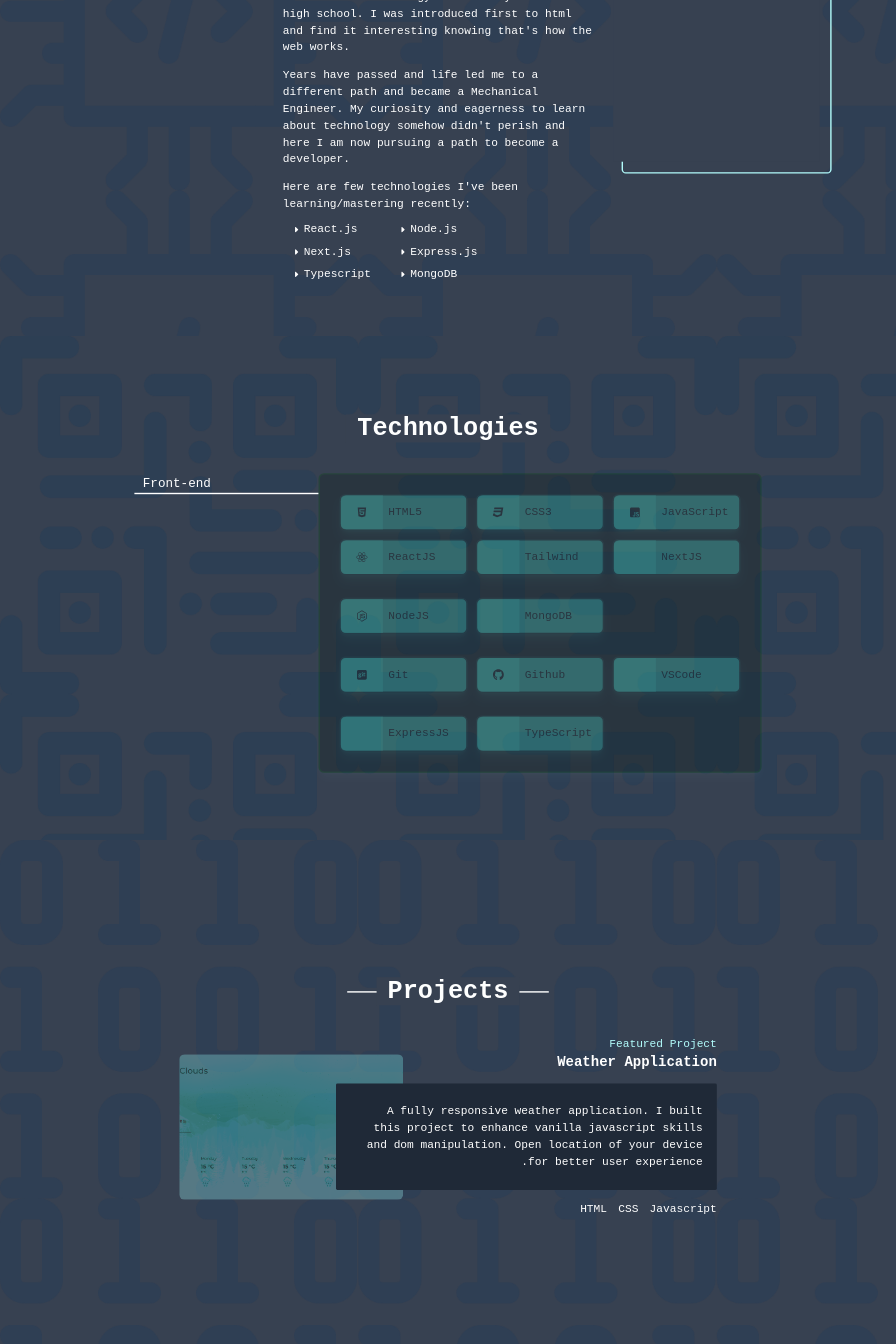
Repository: riandev25/nextjs-portfolio
Page: /
An editor plug-in stored every save of this project. The page is shown before and after the next save, followed by the edit.
The browser window is 1280 px wide. The pictures show the part of the page from y = 960 to 2880 px (the page is 2880 px tall), at 70% of full size.
Backgrounds fixed to the window are drawn as part of the page. The project was rebuilt for these pictures with package versions that can differ from the ones it lists, and the page was loaded fresh each time. The framework's server and built-in components were replaced by stand-ins that run in the browser. Also part of the build but not shown: next.config.js, components/Home/Keyboard/index.module.css, components/Home/Keyboard/index.jsx, components/About/Contacts.jsx.

Above is the page before, as saved 2022-11-13 12:44:31.

### pages/_app.jsx
import Head from 'next/head';
import link from 'next/link';
import '../styles/globals.css';

import Layout from '../components/Layout';
import { ParallaxProvider } from 'react-scroll-parallax';

function MyApp({ Component, pageProps }) {
  return (
    <ParallaxProvider>
      <Head>
        <title>Rian Miguel Engracia</title>
        <meta name='viewport' content='initial-scale=1.0, width=device-width' />
        <link
          rel='apple-touch-icon'
          sizes='180x180'
          href='/apple-touch-icon.png'
        />
        <link
          rel='icon'
          type='image/png'
          sizes='32x32'
          href='/favicon-32x32.png'
        />
        <link
          rel='icon'
          type='image/png'
          sizes='16x16'
          href='/favicon-16x16.png'
        />
        <link rel='manifest' href='/site.webmanifest' />
        <link rel='mask-icon' href='/safari-pinned-tab.svg' color='#5bbad5' />
        <meta name='msapplication-TileColor' content='#2d89ef' />
        <meta name='theme-color' content='#ffffff' />
      </Head>
      <Layout>
        <Component {...pageProps} />
      </Layout>
    </ParallaxProvider>
  );
}

export default MyApp;

### pages/index.jsx
import Head from 'next/head';
import Image from 'next/image';
import Home from '../components/Home/Home';
import { Fragment } from 'react';
import Header from '../components/Header';
import About from '../components/About';
import Technologies from '../components/Technologies';
import Projects from '../components/Projects';

export default function Page() {
  return (
    <Fragment>
      <Header />
      <Home />
      <About />
      <Technologies />
      <Projects title='Projects' />
    </Fragment>
  );
}

### styles/globals.css
@tailwind base;
@tailwind components;
@tailwind utilities;

html,
body {
  padding: 0;
  margin: 0;
  /* font-family: 'Roboto', sans-serif; */
  font-family: monospace, sans-serif;
}

a {
  color: inherit;
  text-decoration: none;
}

* {
  box-sizing: border-box;
}

.image-filter {
  /* filter: invert(93%) sepia(19%) saturate(586%) hue-rotate(121deg)
    brightness(102%) contrast(97%); */
  filter: invert(93%) sepia(69%) saturate(347%) hue-rotate(120deg)
    brightness(104%) contrast(97%);
  opacity: 0.3;
  transition: filter 0.3s, opacity 0.3s;
}

.image-filter:hover {
  filter: none;
  opacity: 1;
}

@media (prefers-color-scheme: dark) {
  html {
    color-scheme: dark;
  }
  body {
    color: white;
    background: black;
  }
}

### components/Layout/index.jsx
import Header from '../Header';
import Email from '../Header/Email';

const Layout = ({ children }) => {
  return (
    <div className='relative w-full h-full bg-gray-700' dir='ltr'>
      <Header />
      <Email />
      {children}
    </div>
  );
};

export default Layout;

### components/Home/Home.jsx
import Link from 'next/link';
import Image from 'next/future/image';
import { useParallax } from 'react-scroll-parallax';
import styles from './index.module.css';
import DevImage from '../../assets/images/dev-image.svg';
import GithubImage from '../../assets/images/github-neon-fill.png';
import LinkedinImage from '../../assets/images/linkedin-neon-fill.png';
import FacebookImage from '../../assets/images/facebook-neon-fill.png';
import Keyboard from './Keyboard';
import { useState } from 'react';

export const CONTACTS = [
  {
    id: 'github',
    imgSrc: GithubImage,
    link: 'https://github.com/riandev25',
  },
  {
    id: 'linkedin',
    imgSrc: LinkedinImage,
    link: 'https://www.linkedin.com/in/rian-miguel-engracia/',
  },
  {
    id: 'facebook',
    imgSrc: FacebookImage,
    link: 'https://web.facebook.com/rianmiguel.engracia',
  },
  {
    id: 'email',
    email: 'rianengracia@gmail.com',
  },
];

const nameArray = ['I', '&apos;', 'm', ' ', 'R', 'i', 'a', 'n'];
const jobArray = [
  'f',
  'u',
  'l',
  'l',
  ' ',
  's',
  't',
  'a',
  'c',
  'k',
  ' ',
  'd',
  'e',
  'v',
  'e',
  'l',
  'o',
  'p',
  'e',
  'r',
];

const Home = () => {
  const { ref } = useParallax({
    translateY: [-100, 30, 'easeInOut'],
  });
  const [keyboard, setKeyboard] = useState(true);
  return (
    <header className='flex justify-center items-center w-full h-screen px-20 bg-fixed bg-repeat bg-bg_gear_image'>
      <section ref={ref} className='w-4/12 space-y-4'>
        <div className='flex flex-col gap-2.5 place-items-start'>
          <h1 className={`text-xl font-thin text-white ${styles.typingLet}`}>
            Hi there!
          </h1>
          <h1 className='text-6xl font-bold animate-neon_text'>
            I&apos;m Rian Miguel
          </h1>
          <h1 className='text-xl text-white font-bold'>
            <span className='text-xl font-thin'>a</span> Full Stack Developer
          </h1>
        </div>
        <ul className='flex flex-row gap-4'>
          {CONTACTS.map((item) => {
            if (item.id === 'email') return;
            return (
              <li
                className='block p-3 bg-gray-800 border rounded-lg border-[#b2fcfb] transition-all hover:scale-110'
                key={item.id}
              >
                <Link href={item.link} legacyBehavior>
                  <a className=''>
                    <Image
                      className=''
                      src={item.imgSrc}
                      alt={item.id}
                      width={20}
                      height={20}
                      sizes='5vw'
                    />
                  </a>
                </Link>
              </li>
            );
          })}
        </ul>
      </section>
      <section className='hidden lg:flex max-w-2xl h-full justify-center items-center'>
        <Image
          src={DevImage}
          alt='dev-image'
          width={500}
          height={500}
          sizes='(max-width: 768px) 50vw'
        />
        {/* <Keyboard /> */}
      </section>
    </header>
  );
};

export default Home;

### components/Header/index.jsx
import Logo from '../Logo';
import Navbar from './Navbar';
import { FontAwesomeIcon } from '@fortawesome/react-fontawesome';
import { faBars } from '@fortawesome/free-solid-svg-icons';

const Header = () => {
  return (
    <nav className='px-8 py-1 bg-gray-700 dark:bg-gray-900 fixed w-full z-50 top-0 left-0 border-b shadow-sm border-gray-700 md:px-12 md:py-3 dark:border-gray-600'>
      <div className='flex flex-row justify-between items-center w-full'>
        <section className=''>
          <Logo />
        </section>

        <div className='flex md:order-2'>
          <button
            type='button'
            className='hidden lg:flex bg-transparent text-[#b2fcfb] border border-[#b2fcfb] hover:bg-[#b2fcfb] hover:opacity-40 transition-all font-medium rounded-lg text-sm px-5 py-2.5 text-center mr-3 md:mr-0 dark:bg-blue-600 dark:hover:bg-blue-700 dark:focus:ring-blue-800'
          >
            Get started
          </button>
          <button
            data-collapse-toggle='navbar-sticky'
            type='button'
            className='cursor-pointer inline-flex items-center p-2 text-sm bg-white rounded-lg md:hidden hover:bg-gray-400 focus:outline-none focus:ring-2 focus:ring-gray-200 dark:text-gray-400 dark:hover:bg-gray-700 dark:focus:ring-gray-600'
            aria-controls='navbar-sticky'
            aria-expanded='false'
          >
            <span className='sr-only'>Open main menu</span>
            <FontAwesomeIcon icon={faBars} className='text-gray-800' />
          </button>
        </div>
        <Navbar />
      </div>
    </nav>
  );
};

export default Header;

### components/About/index.jsx
import Image from 'next/future/image';
import Contacts from './Contacts';
import PageHeader from '../PageHeader';
import { FontAwesomeIcon } from '@fortawesome/react-fontawesome';
import { faCaretRight } from '@fortawesome/free-solid-svg-icons';
import ProgrammerImage from '../../assets/images/programmer.jpg';
import { useParallax } from 'react-scroll-parallax';

const technologies = [
  'React.js',
  'Node.js',
  'Next.js',
  'Express.js',
  'Typescript',
  'MongoDB',
];

const About = () => {
  return (
    <div className='relative pt-4 w-full h-screen flex flex-col gap-11 justify-center items-center text-white px-20 bg-bg_chip_image bg-fixed'>
      {/* <Contacts /> */}
      <PageHeader title='About me' />
      <div className='max-w-3xl flex flex-row gap-6'>
        <section className='max-w-md flex flex-col gap-4'>
          <p>
            Hi! I am Rian Miguel Engracia, a Registered Mechanical Engineer in
            the Philippines. My interest in technology started way back in high
            school. I was introduced first to html and find it interesting
            knowing that&apos;s how the web works.
          </p>
          <p>
            Years have passed and life led me to a different path and became a
            Mechanical Engineer. My curiosity and eagerness to learn about
            technology somehow didn&apos;t perish and here I am now pursuing a
            path to become a{' '}
            <span className='text-[neon-green] no-underline decoration-[neon-green] underline-offset-4 decoration-2 hover:underline'>
              developer
            </span>
            .
          </p>
          <div className='flex flex-col gap-3'>
            <p>
              Here are few technologies I&apos;ve been learning/mastering
              recently:
            </p>
            <ul className='grid grid-cols-3 gap-2'>
              {technologies.map((item, i) => {
                return (
                  <li
                    key={item}
                    className={`${(i + 1) % 2 === 0 ? 'col-span-2' : ''}
                    } flex justify-start items-center gap-2 pl-4`}
                  >
                    <FontAwesomeIcon icon={faCaretRight} className='w-1.5' />
                    <span className=''>{item}</span>
                  </li>
                );
              })}
            </ul>
          </div>
        </section>
        <section className='relative'>
          <div className='absolute z-20 w-[295px] h-[295px] bg-gray-700'></div>
          <Image
            className='relative z-30 rounded-md image-filter bg-[#b2fcfb] border-2 peer'
            src={ProgrammerImage}
            alt='developer'
            width={300}
            height={300}
            priority='false'
            sizes='(max-width: 768px) 100vw, 50vw'
          />
          <div className='absolute top-0 left-0 w-[300px] h-[300px] bg-transparent border-2 border-[#b2fcfb] transition-duration-300 delay-300 ease-in-out translate-x-3 translate-y-3 z-10 rounded-md peer-hover:translate-x-2 peer-hover:translate-y-2 '></div>
        </section>
      </div>
    </div>
  );
};

export default About;

### components/Projects/index.jsx
import Link from 'next/link';
import Image from 'next/future/image';
import PageHeader from '../PageHeader';
import WeatherImage from '../../assets/images/weather-app.png';
import { FontAwesomeIcon } from '@fortawesome/react-fontawesome';
import { faGithubAlt } from '@fortawesome/free-brands-svg-icons';
import { faSquareArrowUpRight } from '@fortawesome/free-solid-svg-icons';
import Links from './Links';

const TECH_WEATHER = ['HTML', 'CSS', 'Javascript'];
const WEATHER = [
  {
    id: 1,
    icon: faGithubAlt,
    link: 'https://riandev25.github.io/js-weather-app/dist/',
  },
  {
    id: 2,
    icon: faSquareArrowUpRight,
    link: 'https://riandev25.github.io/js-weather-app/dist/',
  },
];

const Projects = () => {
  return (
    <div className='pt-4 flex flex-col w-full h-screen gap-11 justify-center items-center text-white px-20 bg-bg_binary_image bg-fixed'>
      <PageHeader title='Projects' />
      <div className='flex flex-row justify-center items-center max-w-3xl'>
        <section className='z-10 relative w-[35rem] aspect-[17/11] flex-auto flex image-filter'>
          <Image
            src={WeatherImage}
            alt='weather-app'
            fill
            className='object-cover absolute rounded-lg'
          />
        </section>
        <section
          className='z-20 w-[23rem] flex flex-col overflow-visible space-y-4 lg:w-[28rem]'
          dir='rtl'
        >
          <div className='flex flex-col justify-end items-end' dir='ltr'>
            <h2 className='text-neon text-right'>Featured Project</h2>
            <h1 className='text-xl font-bold text-right'>
              Weather Application
            </h1>
          </div>
          <div className='flex w-[34rem] bg-gray-800 p-7 pl-9 pr-5 rounded-sm'>
            <p className='text-right'>
              A fully responsive weather application. I built this project to
              enhance vanilla javascript skills and dom manipulation. Open
              location of your device for better user experience.
            </p>
          </div>
          <ul
            className='flex flex-row justify-end items-center gap-4'
            dir='ltr'
          >
            {TECH_WEATHER.map((item) => {
              return <li key={item}>{item}</li>;
            })}
          </ul>
          <Links array={WEATHER} />
        </section>
      </div>
    </div>
  );
};

export default Projects;

### components/Header/Email.jsx
import Link from 'next/link';

const Email = () => {
  return (
    <aside className='fixed bottom-36 right-12 origin-top-right rotate-90'>
      <div className='flex justify-center items-center relative'>
        <Link href='' legacyBehavior>
          <a className='z-50 transition-all text-[#b2fcfb] bg-gray-700 px-2 hover:text-[#68fffc] hover:scale-110'>
            rianengracia@gmail.com
          </a>
        </Link>
        <div className='w-96 bg-[#b2fcfb] absolute top-1/2 left-0 h-px'></div>
      </div>
    </aside>
  );
};

export default Email;

### components/Home/index.module.css
.typingLet {
  width: 134px;
  animation: typing 2s steps(12), blink 0.5s step-end infinite alternate;
  white-space: nowrap;
  overflow: hidden;
  border-right: 3px solid;
  font-family: monospace;
  font-size: 2em;
}

@keyframes typing {
  from {
    width: 0;
  }
}

@keyframes blink {
  50% {
    border-color: transparent;
  }
}

### components/Logo/index.jsx
import Image from 'next/future/image';
import LogoImage from '../../assets/images/logo.svg';
import LogoDark from '../../assets/images/logo-dark.svg';
import LogoLight from '../../assets/images/logo-light.svg';
import {
  faAngleLeft,
  faGear,
  faforward,
} from '@fortawesome/free-solid-svg-icons';
import { FontAwesomeIcon } from '@fortawesome/react-fontawesome';

const Logo = () => {
  return (
    <div className='flex items-center relative'>
      <Image
        src={LogoImage}
        alt='logo'
        width={185}
        height={55}
        className='hidden md:flex'
        sizes='(max-width: 768px) 15vw'
      />
      {/* <Image
        src={LogoLight}
        alt='logo-light'
        width={50}
        height={50}
        className='flex md:hidden'
        sizes='(max-width: 768px) 15vw'
      /> */}
    </div>
  );
};

export default Logo;

### components/Header/Navbar.jsx
import Link from 'next/link';

const Navbar = () => {
  const data = [
    {
      id: 'Home',
    },
    {
      id: 'About',
    },
    {
      id: 'Technologies',
    },
    {
      id: 'Projects',
    },
  ];
  return (
    <div
      className='hidden absolute top-0 right-0 justify-between items-center w-full md:flex md:relative md:w-auto md:order-1'
      id='navbar-sticky'
    >
      <ul className='flex flex-col justify-center items-center flex-auto rounded-lg md:justify-between md:flex-row md:space-x-12 md:p-2 md:mt-0 md:text-sm md:font-medium md:border-0 dark:bg-gray-800 md:dark:bg-gray-900 dark:border-gray-700'>
        {data.map((item) => {
          return (
            <li key={item.id} className='relative group'>
              <Link href={item.id}>
                <a
                  className='block py-2 px-1 text-base font-extralight text-white dark:text-white'
                  // aria-current='page'
                >
                  {item.id}
                </a>
              </Link>

              <span className='z-50 absolute bottom-1.5 w-0 h-[1px] bg-white transition-all md:group-hover:w-full'></span>
            </li>
          );
        })}
      </ul>
    </div>
  );
};

export default Navbar;

### components/PageHeader/index.jsx
const PageHeader = ({ title }) => {
  return (
    <div className='relative overflow-visible flex justify-center items-center'>
      <h1 className='relative z-10 w-full text-4xl font-bold flex flex-start bg-gray-700 px-4 animate-neon_text'>
        {title}
      </h1>
      <span className='absolute top-1/2 w-72 h-0.5 bg-white animated-neon_bg'></span>
    </div>
  );
};

export default PageHeader;

### components/Projects/Links.jsx
import Link from 'next/link';
import { FontAwesomeIcon } from '@fortawesome/react-fontawesome';

const Links = ({ array }) => {
  array.map((item) => {
    return (
      <ul key={item.id} className='flex flex-row'>
        <li>
          <Link href={item.link} passHref>
            <a>
              <FontAwesomeIcon icon={item.icon} className='text-white w-3' />
            </a>
          </Link>
        </li>
      </ul>
    );
  });
};

export default Links;

// 'https://riandev25.github.io/js-weather-app/dist/'

Loaded but not shown: tailwind.config.js (60 lines, source omitted); pages/_document.js (24 lines, source omitted); components/Technologies/index.jsx (206 lines, source omitted)

After the next save:
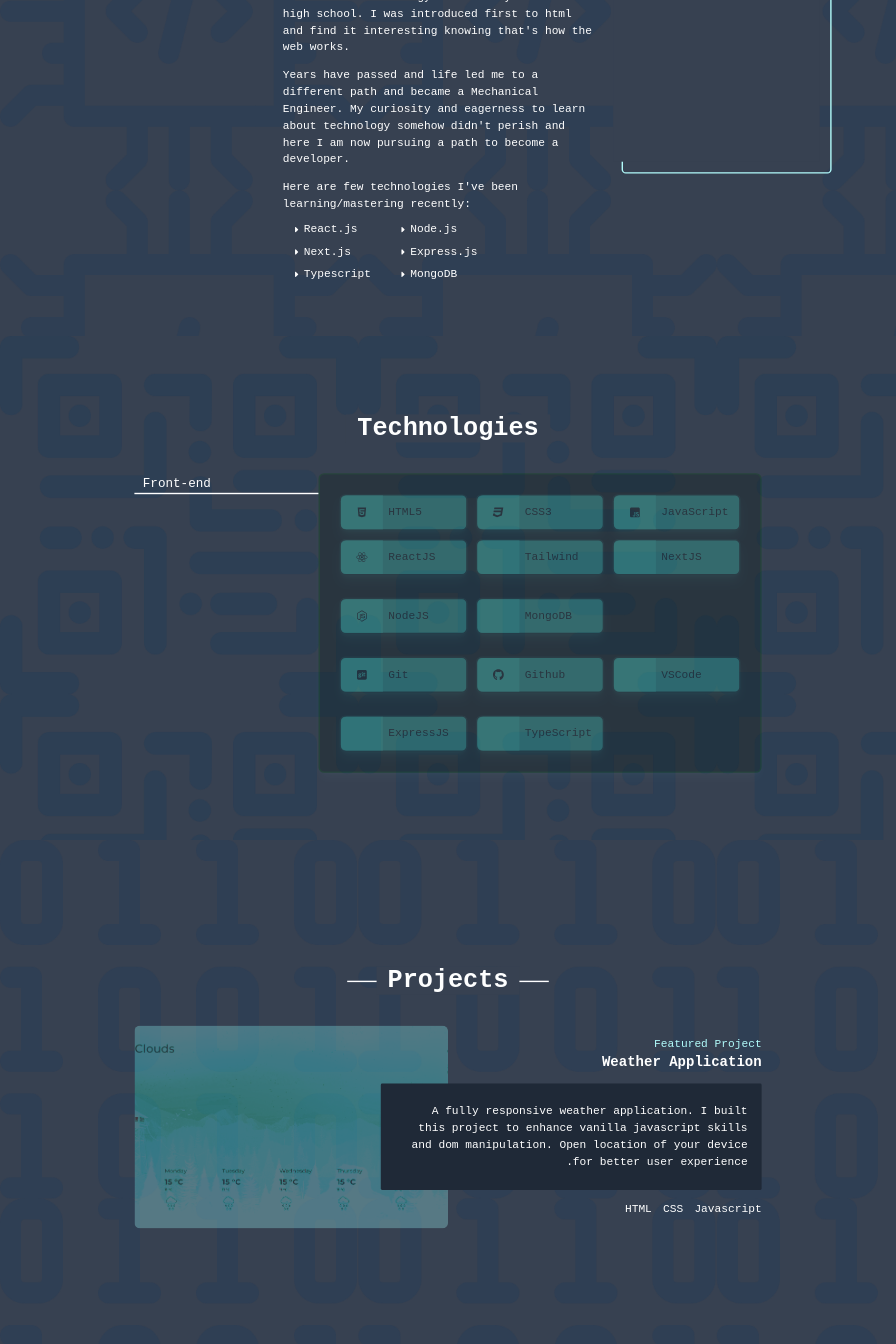
Saved 3 min 9 s later.
--- a/components/Projects/index.jsx
+++ b/components/Projects/index.jsx
@@ -25,7 +25,7 @@ const Projects = () => {
   return (
     <div className='pt-4 flex flex-col w-full h-screen gap-11 justify-center items-center text-white px-20 bg-bg_binary_image bg-fixed'>
       <PageHeader title='Projects' />
-      <div className='flex flex-row justify-center items-center max-w-3xl'>
+      <div className='flex flex-row justify-center items-center max-w-4xl'>
         <section className='z-10 relative w-[35rem] aspect-[17/11] flex-auto flex image-filter'>
           <Image
             src={WeatherImage}
